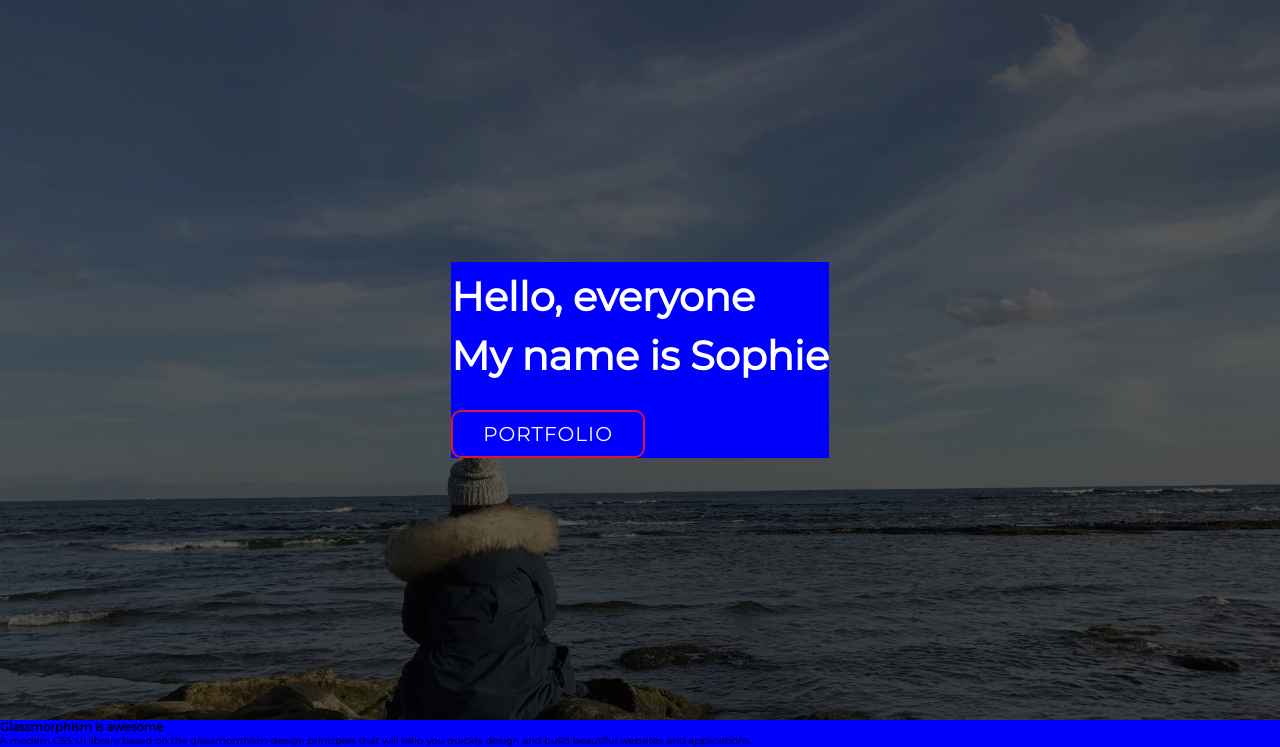
Repository: wenxi0504/StaticWebsite_Profolio
Page: index.html
The author's editor kept a copy of each file at every save. The page is drawn from the files as they stood at one save, then again after the next save.
The browser window is 1280 px wide. The pictures show the whole page.

Above is the page before, as saved 2022-03-01 23:52:20.

After the next save:
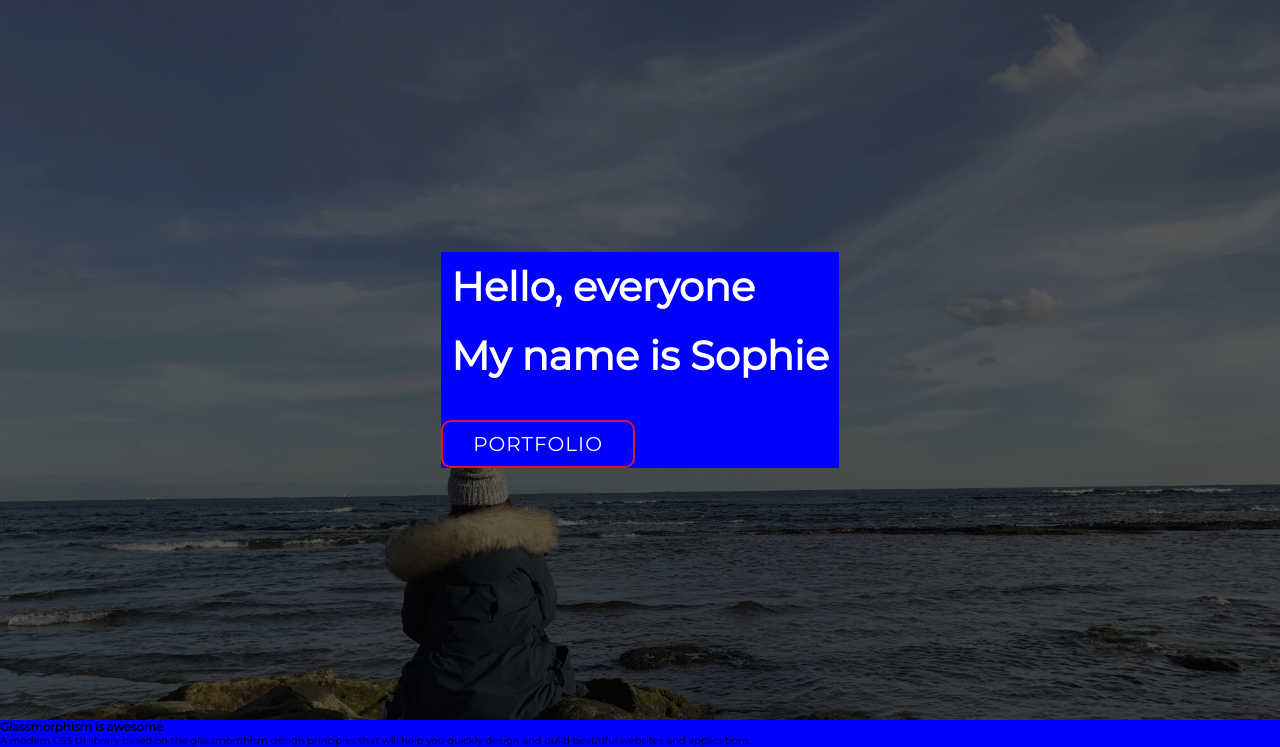
Saved 41 s later.
--- a/style.css
+++ b/style.css
@@ -52,7 +52,8 @@ z-index:1;
 #myIntro h1{
     display: block;
     width: fit-content;
-    padding-top: 1rem;
+    /* padding-top: 1rem; */
+    padding: 1rem;
     font-size: 4rem;
     color: white;
 
